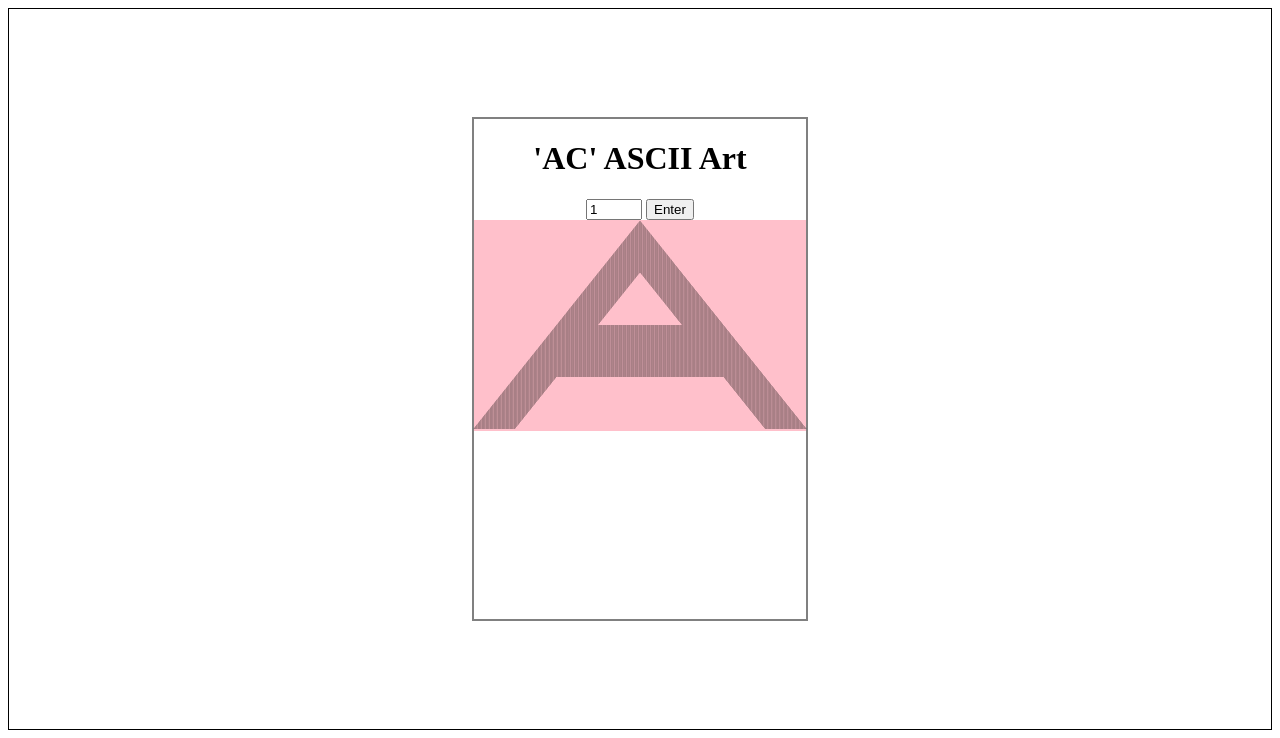
Repository: Achorn/ascii-art
Page: index.html
An editor plug-in stored every save of this project. The page is shown before and after the next save, followed by the edit.
The browser window is 1280 px wide. The pictures show the whole page.

Above is the page before, as saved 2021-08-09 18:38:20.

After the next save:
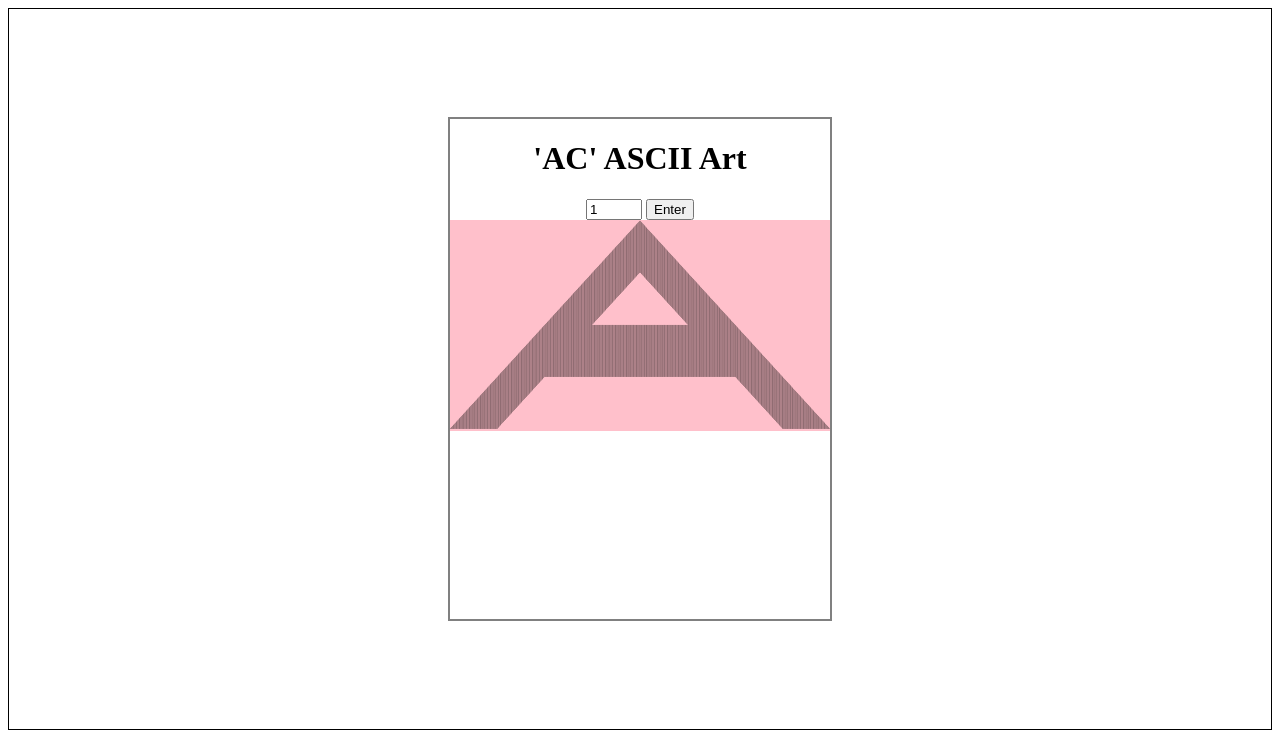
Saved 6 s later.
--- a/myscripts.js
+++ b/myscripts.js
@@ -80,7 +80,7 @@ trimA(scaledFour, scale);
 let scaledEight = scaleSpread(eight, 5);
 trimA(scaledEight, 4);
 // mono.innerHTML = halfArrToString(scaleSpread(four, 7));
-monoA.style.fontSize = `${70 / scale}px`;
+monoA.style.fontSize = `${80 / scale}px`;
 // monoC.style.fontSize = `${4 / scale}em`;
 monoA.innerHTML = halfArrToString(scaledFour);
 // monoC.innerHTML = arrToString(scaledEight);
